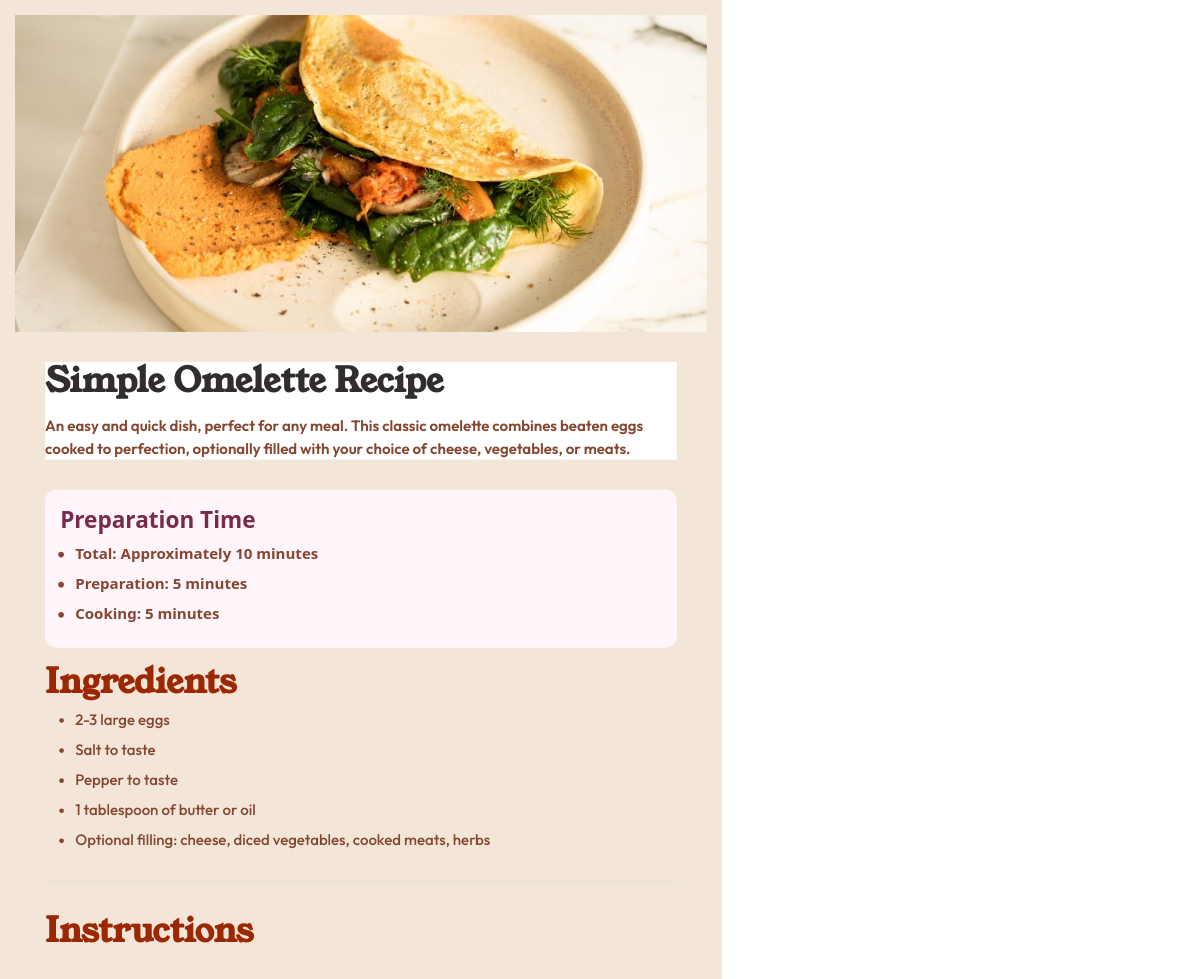
Repository: nivrii/recipe-page-main
Page: /
An editor plug-in stored every save of this project. The page is shown before and after the next save, followed by the edit.
The browser window is 1280 px wide. The pictures show the whole page, at 94% of full size.
The project was rebuilt for these pictures with package versions that can differ from the ones it lists, and the page was loaded fresh each time. Also part of the build but not shown: vite.config.js, src/index.css.

Above is the page before, as saved 2024-03-23 15:42:18.

### src/App.jsx
import "./App.css";
import omelette from "./assets/images/image-omelette.jpeg";

function App() {
  return (
    <div className="container flex flex-col md:p-4 md:bg-eggshell w-screen min-h-max">
      <div>
        <img src={omelette} alt="omelette" className="w-screen md:w-auto" />
      </div>
      <div className="bg-white m-8">
        <h1 className="text-left text-darkCharcoal text-4xl font-bold font-young">
          Simple Omelette Recipe
        </h1>
        <p className="text-left font-outfit text-nutmeg mt-4 font-semibold">
          An easy and quick dish, perfect for any meal. This classic omelette
          combines beaten eggs cooked to perfection, optionally filled with your
          choice of cheese, vegetables, or meats.
        </p>
      </div>
      <div className="bg-roseWhite p-4 mx-8 rounded-xl">
        <h1 className="text-left text-darkRaspberry text-2xl font-bold">
          Preparation Time
        </h1>
        <ul className="list-disc px-4 text-nutmeg">
          <li className=" font-semibold my-2">
            <span className="font-extrabold">Total:</span> Approximately 10
            minutes
          </li>
          <li className=" font-semibold my-2">
            <span className="font-extrabold">Preparation:</span> 5 minutes
          </li>
          <li className=" font-semibold my-2">
            <span className="font-extrabold">Cooking:</span> 5 minutes
          </li>
        </ul>
      </div>
      <div className="divide-y divide-lightGrey mx-4">
        <div className="m-4">
          <h1 className="text-left text-nutmegLight text-4xl font-bold font-young ">
            Ingredients
          </h1>
          <ul className="list-disc px-4 font-outfit mt-2 mb-8 mx-4 text-nutmeg font-medium space-y-2">
            <li>2-3 large eggs</li>
            <li>Salt to taste</li>
            <li>Pepper to taste</li>
            <li>1 tablespoon of butter or oil</li>
            <li>
              Optional filling: cheese, diced vegetables, cooked meats, herbs
            </li>
          </ul>
        </div>
        <div className="m-4">
          <h1 className="text-left text-nutmegLight text-4xl font-bold font-young mt-8">
            Instructions
          </h1>
        </div>
      </div>
    </div>
  );
}

export default App;

### src/App.css
@import url("https://fonts.googleapis.com/css2?family=Young+Serif&display=swap");

@import url("https://fonts.googleapis.com/css2?family=Outfit:wght@100..900&display=swap");

@import "tailwindcss/base";
@import "tailwindcss/components";
@import "tailwindcss/utilities";

### tailwind.config.js
/** @type {import('tailwindcss').Config} */
export default {
  content: ["./index.html", "./src/**/*.{js,ts,jsx,tsx}"],
  theme: {
    screens: {
      'sm': '375px',
      'md': '768px',
      'lg': '1440px',
      'xl': '1920px',
    },
    extend: {
      fontFamily: {
        outfit: ["Outfit", "sans-serif"],
        young: ["Young Serif", "serif"],
      },
      colors: {
        roseWhite: "hsl(330, 100%, 98%)",
        white: "hsl(0, 0%, 100%)",
        eggshell: "hsl(30, 54%, 90%)",
        lightGrey: "hsl(30, 18%, 87%)",
        wengeBrown: "hsl(30, 10%, 34%)",
        darkCharcoal: "hsl(24, 5%, 18%)",
        nutmeg: "hsl(14, 45%, 36%)",
        nutmegLight: "hsl(14, 96%, 31%)",
        darkRaspberry: "hsl(332, 51%, 32%)",
      },
    },
  },
  plugins: [],
};

Loaded but not shown: index.html (common file); src/main.jsx (common file)

After the next save:
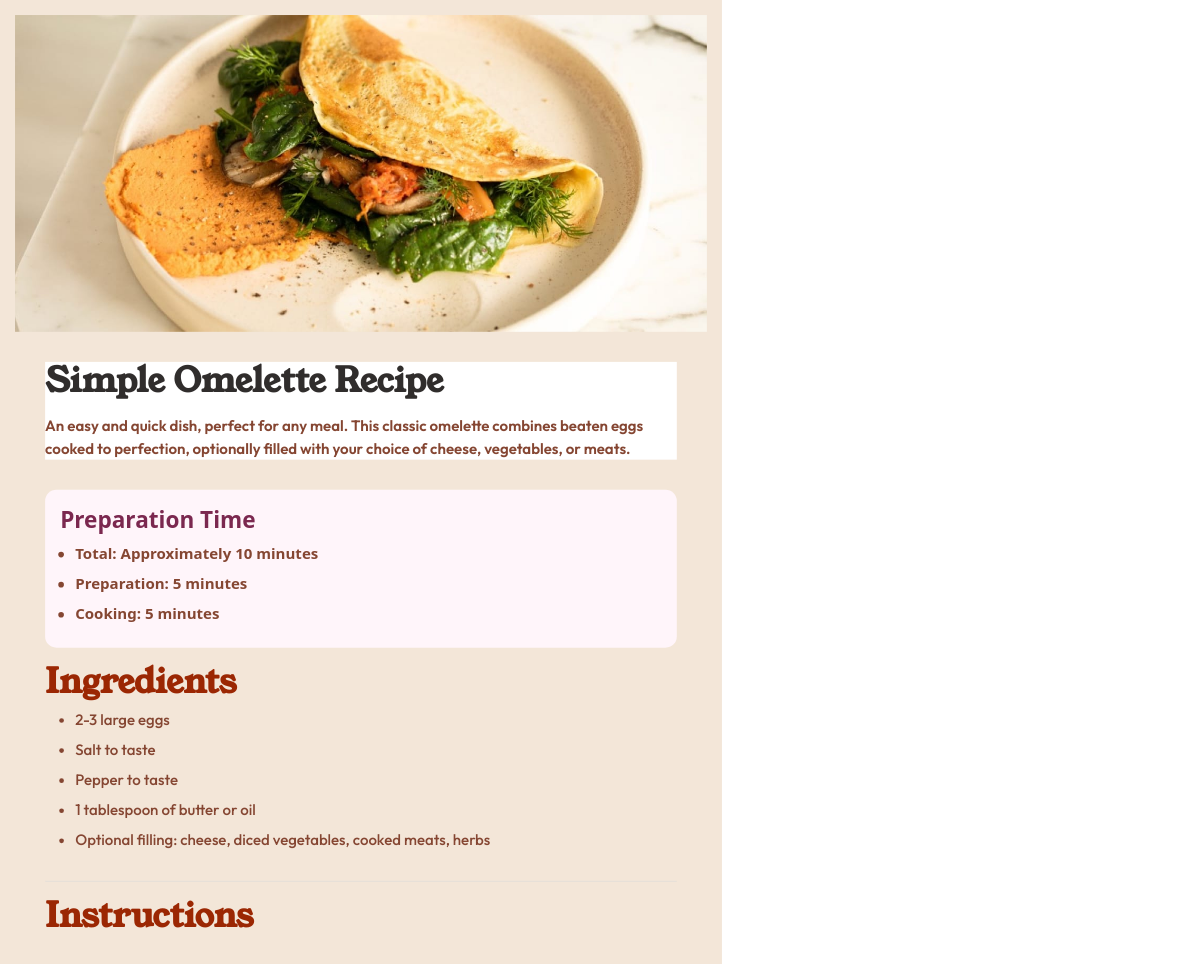
Saved 21 s later.
--- a/src/App.jsx
+++ b/src/App.jsx
@@ -50,7 +50,7 @@
           </ul>
         </div>
         <div className="m-4">
-          <h1 className="text-left text-nutmegLight text-4xl font-bold font-young mt-8">
+          <h1 className="text-left text-nutmegLight text-4xl font-bold font-young mt-4">
             Instructions
           </h1>
         </div>

After the save that followed:
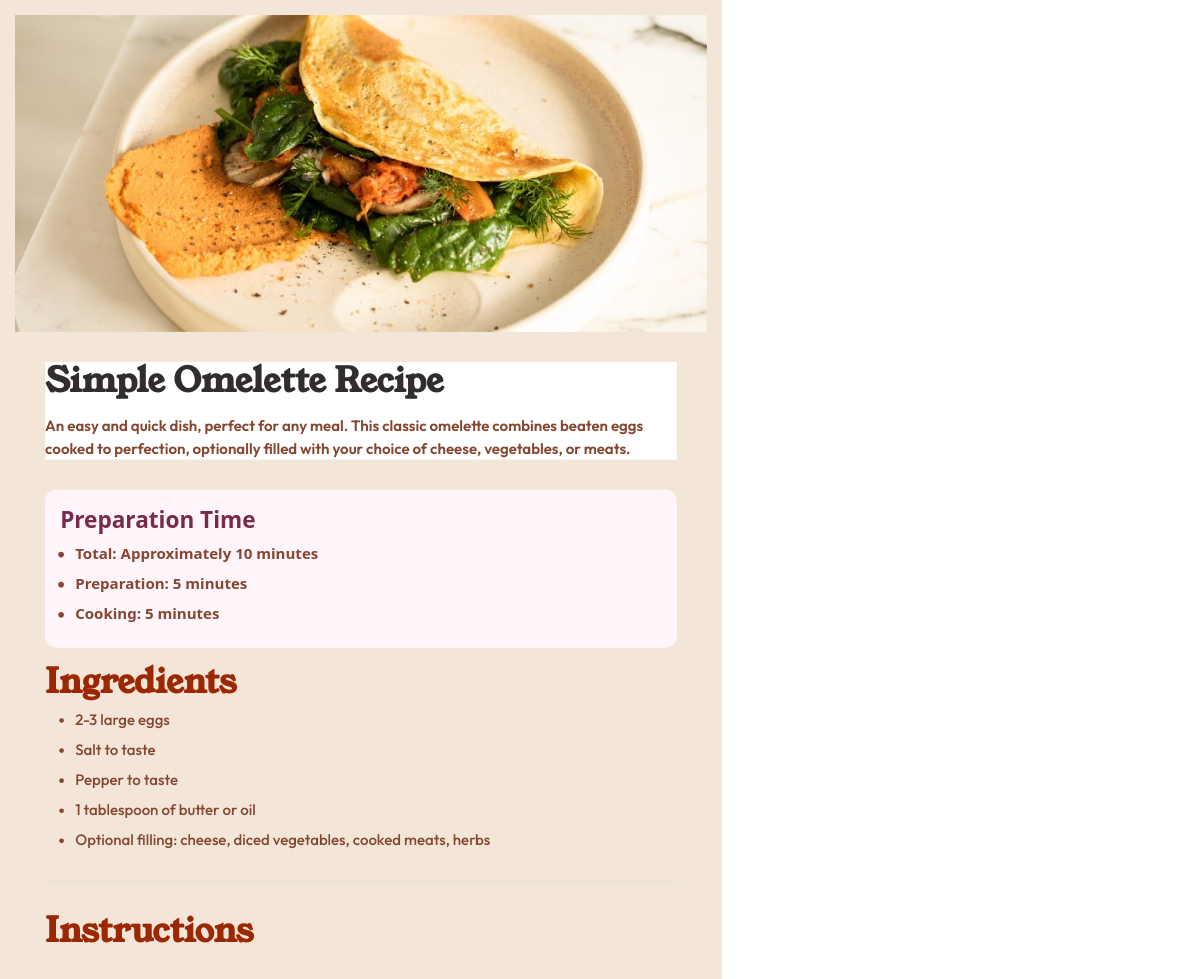
Saved 17 s later.
--- a/src/App.jsx
+++ b/src/App.jsx
@@ -50,7 +50,7 @@
           </ul>
         </div>
         <div className="m-4">
-          <h1 className="text-left text-nutmegLight text-4xl font-bold font-young mt-4">
+          <h1 className="text-left text-nutmegLight text-4xl font-bold font-young mt-8">
             Instructions
           </h1>
         </div>
